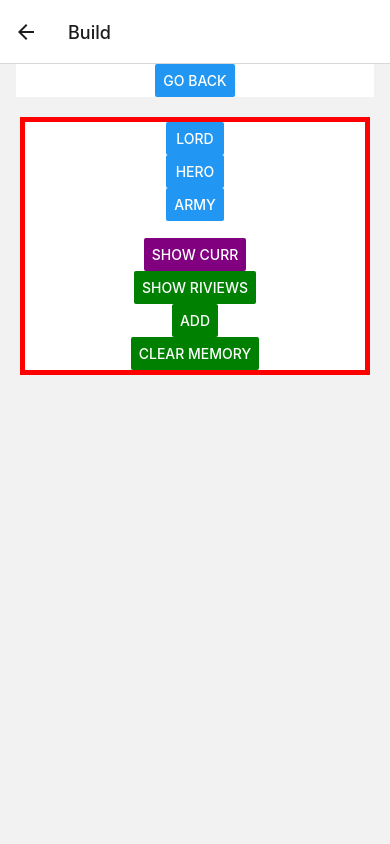
Repository: LingyuLiu11/mobile_app
Screen: /Build
These files come from the project's save history. The screen is drawn as it stood at one moment and after the next save; the edit follows.
The app was drawn by React Native's web renderer in a window 390 px wide. The project was rebuilt for these pictures with package versions that can differ from the ones it lists, and the page was loaded fresh each time. Also part of the build but not shown: components/Reviews.js.

Above is the screen before, as saved 2021-10-25 00:36:26.

### App.js
import * as React from 'react';
import { Image, TextInput, FlatList, StyleSheet, View, Button, Text, Animated } from 'react-native';
import { NavigationContainer } from '@react-navigation/native';

import { createStackNavigator } from '@react-navigation/stack';
import Reviews from './components/Reviews'
import AsyncStorage from '@react-native-async-storage/async-storage';
import Builds from './components/Builds'


const Separator = () => (
  <View style={styles.separator} />
);



function Main({ navigation }) {


  return (


    <div>
      <View style={styles.container}>
        <Text>Main screen</Text>
        <Separator />
        <Button
          margintop = '10'
          title="Go to Profile"
          onPress={() => navigation.navigate('Profile')}
        />
        <Separator />

      </View>
      <View style = {styles.container}>
        <Button
          margintop = '10'
          title="Go to About"
          onPress={() => navigation.navigate('About')}
        />
        <Separator />
      </View>
      <View style = {styles.container}>
        <Button
          margintop = '10'
          title="Go to Reviews"
          onPress={() => navigation.navigate('Review')}
        />
      </View>
       <Separator />

       <View style = {styles.container}>
        <Button
          margintop = '10'
          title="Build your army"
          onPress={() => navigation.navigate('Build')}
        />
      </View>

    </div>
  );
}

function Profile({ navigation }) {

  const [text, setText] = React.useState("Your name");
  return (
    <div>
      <View style={{ flex: 1, justifyContent: 'center', alignItems: 'center' }}>
        <Text>Profile screen</Text>
        <Separator />
        <Button title="Go back" onPress={() => navigation.goBack()} />
      </View>


      <View style={{ flex: 1, justifyContent: 'center', alignItems: 'center' }}>
        <TextInput
          style={styles.input}
          placeholder="Your name"
          value={text}
          onChangeText={text => setText(text)}
        />
        <Text style={{padding: 10, fontSize: 42}}>
        Hello {text.split(' ').map((word) => word ).join(' ')}
        </Text>
      </View>

      <View style={{ flex: 1, justifyContent: 'center', alignItems: 'center', flexDirection: "row" }}>
        <View style={{ flex: 1, justifyContent: 'center', alignItems: 'center' }}>
          <Image
            style={{
              resizeMode: "cover",
              height: 100,
              width: 200
            }}
            source={"https://upload.wikimedia.org/wikipedia/en/2/27/Total_War_Warhammer_3_cover_art.jpg"}
          />
          <Text>Totalwar Warhammer 3!</Text>
          </View>
        <Separator />
        <View style={{ flex: 1, justifyContent: 'center', alignItems: 'center' }}>
          <Image
            style={{
              resizeMode: "cover",
              height: 100,
              width: 200
            }}
            source={"https://www.nme.com/wp-content/uploads/2021/09/Total-Warhammer-3-Grand-Cathay-Dragon.jpg"}
          />
        <Text>Grand Cathay</Text>
        </View>
        <View style={{ flex: 1, justifyContent: 'center', alignItems: 'center' }}>

        <Image
          style={{
            resizeMode: "cover",
            height: 100,
            width: 200
          }}
          source={"https://encrypted-tbn0.gstatic.com/images?q=tbn:ANd9GcSM9n6tQzcRE8CXMXP5GXIIgYIF3wXVMZy4JA&usqp=CAU"}
        />
        <Text>Kislev</Text>
        </View>

      </View>


    </div>
  );
}

function About({ navigation }) {
  return (
    <div>
      <View style={{ flex: 1, justifyContent: 'center', alignItems: 'center' }}>
        <Text>About screen</Text>
        <Separator />
        <FlatList
          data={[
            {key: 'Lingyu Liu'},
            {key: 'CS 153A'},
            {key: 'Assignment2'},

          ]}
          renderItem={({item}) => <Text style={styles.item}>{item.key}</Text>}
        />

      </View>

      <View style = {styles.container}>
          <Button title="Go back" onPress={() => navigation.goBack()} />
      </View>
    </div>
  );
}

function Review({ navigation }) {
  return (
    <div>
      <View style = {styles.container}>
          <Button title="Go back" onPress={() => navigation.goBack()} />
      </View>
      <Reviews />
    </div>

  );
}

function Build({ navigation }) {
  return (
    <div>
      <View style = {styles.container}>
          <Button title="Go back" onPress={() => navigation.goBack()} />
      </View>
      <Builds />
    </div>

  );
}



const forFade = ({ current, next }) => {
  const opacity = Animated.add(
    current.progress,
    next ? next.progress : 0
  ).interpolate({
    inputRange: [0, 1, 2],
    outputRange: [0, 1, 0],
  });

  return {
    leftButtonStyle: { opacity },
    rightButtonStyle: { opacity },
    titleStyle: { opacity },
    backgroundStyle: { opacity },
  };
};

const Stack = createStackNavigator();

function MyStack() {
  return (
    <Stack.Navigator>
      <Stack.Screen
        name="Main"
        component={Main}
        options={{
          headerTintColor: 'white',
          headerStyle: { backgroundColor: 'tomato' },
        }}
      />
      <Stack.Screen
        name="Profile"
        component={Profile}
        options={{ headerStyleInterpolator: forFade }}
      />
      <Stack.Screen
        name="About"
        component={About}
        options={{ headerStyleInterpolator: forFade }}
      />
      <Stack.Screen
        name="Review"
        component={Review}
        options={{ headerStyleInterpolator: forFade }}
      />
      <Stack.Screen
        name="Build"
        component={Build}
        options={{ headerStyleInterpolator: forFade }}
      />



    </Stack.Navigator>
  );
}



export default function App() {
  return (
    <NavigationContainer>
      <MyStack />
    </NavigationContainer>
  );
}

const styles = StyleSheet.create({
  container: {
    flex: 1,
    justifyContent: 'center',
    alignItems: 'center',
    backgroundColor: '#fff',
    alignItems: 'center',
    justifyContent: 'center',
    marginHorizontal: 16,
  },
  separator: {
    marginVertical: 8,
    borderBottomColor: '#737373',
    borderBottomWidth: StyleSheet.hairlineWidth,
  },
  item: {
    padding: 10,
    fontSize: 18,
    height: 44,
  },
  input: {
    height: 40,
    margin: 12,
    borderWidth: 1,
    padding: 10,
  },
});

### components/Builds.js
import React, { useState, useEffect } from "react";
import { Image, TextInput, FlatList, StyleSheet, View, Button, Text, Animated, SafeAreaView, StatusBar } from 'react-native';
import AsyncStorage from '@react-native-async-storage/async-storage';

const Separator = () => (
    <View style={styles.separator} />
  );

const Builds = () => {
    const [builds, setBuilds] = useState([]);
    const [debugging,setDebugging] = useState(false)
    const [curr,setCurr] = useState('')
    const [currlooking,setCurrlooking] = useState(false)

    useEffect(() => {getData()}, []);

    let debugView = "";
  if (debugging) {
    debugView =
      <View>
          {builds.map((build) =>
          <View><Text style ={{color:'red'}}>{build}</Text></View>
        )}
        <Separator />
      </View>

  }

  let currView = "";
  if (debugging) {
    currView =
      <View>

          <Text style ={{color:'blue'}}>{curr}</Text>

        <Separator />
      </View>
}



    const storeData = async (value) => {
        try {
          const jsonValue = JSON.stringify(value)
          await AsyncStorage.setItem('@reviews', jsonValue)
          console.log('just stored '+jsonValue)
        } catch (e) {
          console.dir(e)
        }
    }

    const getData = async() => {
      try {
        const jsonValue = await AsyncStorage.getItem('@reviews')
        let data = null
        if (jsonValue != null) {
          data = JSON.parse(jsonValue)
          setBuilds(data);
          setCurr('');
        } else {
          setBuilds([]);
          setCurr('')

        }
      } catch (e) {
        console.dir(e)
      }

    }



    const clearAll = async () => {
        try {
          console.log('in clearData')
          await AsyncStorage.clear()
        } catch(e) {
          console.log("error in clearData ")
          console.dir(e)
          // clear error
        }
  }


    const DATA = [
        {
          id: 'bd7acbea-c1b1-46c2-aed5-3ad53abb28ba',
          title: 'Lord',
        },
        {
          id: '3ac68afc-c605-48d3-a4f8-fbd91aa97f63',
          title: 'Hero',
        },
        {
          id: '58694a0f-3da1-471f-bd96-145571e29d72',
          title: 'Army',
        },
      ];

      const Item = ({ title }) => {
        return (
          <View style={styles.item}>
            <Button style={styles.title} title={title }
                onPress={()=> {
                    const newCurr = curr.concat(title + ' ');
                    setCurr(newCurr);
                    storeData(newCurr);
                  }}

            />
          </View>
        );
      }

        const renderItem = ({ item }) => (
          <Item title={item.title} />
        )
      return (
        <SafeAreaView style={styles.container}>
          <FlatList
            data={DATA}
            renderItem={renderItem}
            keyExtractor={item => item.id}
          />
          <Separator />
          <Button
                  title={(currlooking?'hide':'show')+" Curr" }
                  color="purple"
                  onPress = {() => setCurrlooking(!currlooking)}
                  />
          <currView/>
      <Button
                  title={(debugging?'hide':'show')+" Riviews" }
                  color="green"
                  onPress = {() => setDebugging(!debugging)}
                  />
                  {debugView}

                  <Button
          color="green"
          title="Add"
          onPress={()=> {
            const newBuilds = builds.concat(curr);
            setBuilds(newBuilds);
            storeData(newBuilds);
            setCurr('');
          }}/>
          <Button
                  color='green' title='Clear memory'
                  onPress = {() => {
                        console.log('clearing memory');
                        clearAll()
                      }}
                />
        </SafeAreaView>


      );
}

const styles = StyleSheet.create({
    container: {
        flex: 1,
        flexDirection:'column',
        backgroundColor: '#fff',
        alignItems: 'center',
        justifyContent: 'center',
        border: "thick solid red",
        margin:"20px",
        padding:"20px",
      },
      separator: {
      marginVertical: 8,
      borderBottomColor: '#737373',
      borderBottomWidth: StyleSheet.hairlineWidth,
    },
  });

export default Builds;

After the next save:
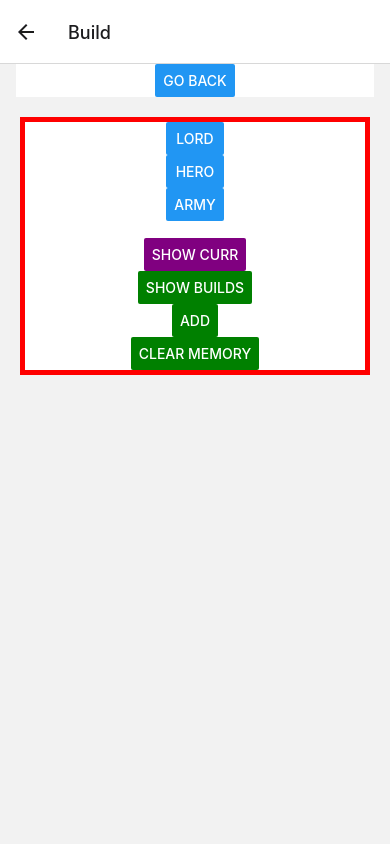
Saved 5 s later.
--- a/components/Builds.js
+++ b/components/Builds.js
@@ -130,7 +130,7 @@ const Builds = () => {
                   />
           <currView/>
       <Button
-                  title={(debugging?'hide':'show')+" Riviews" }
+                  title={(debugging?'hide':'show')+" Builds" }
                   color="green"
                   onPress = {() => setDebugging(!debugging)}
                   />
